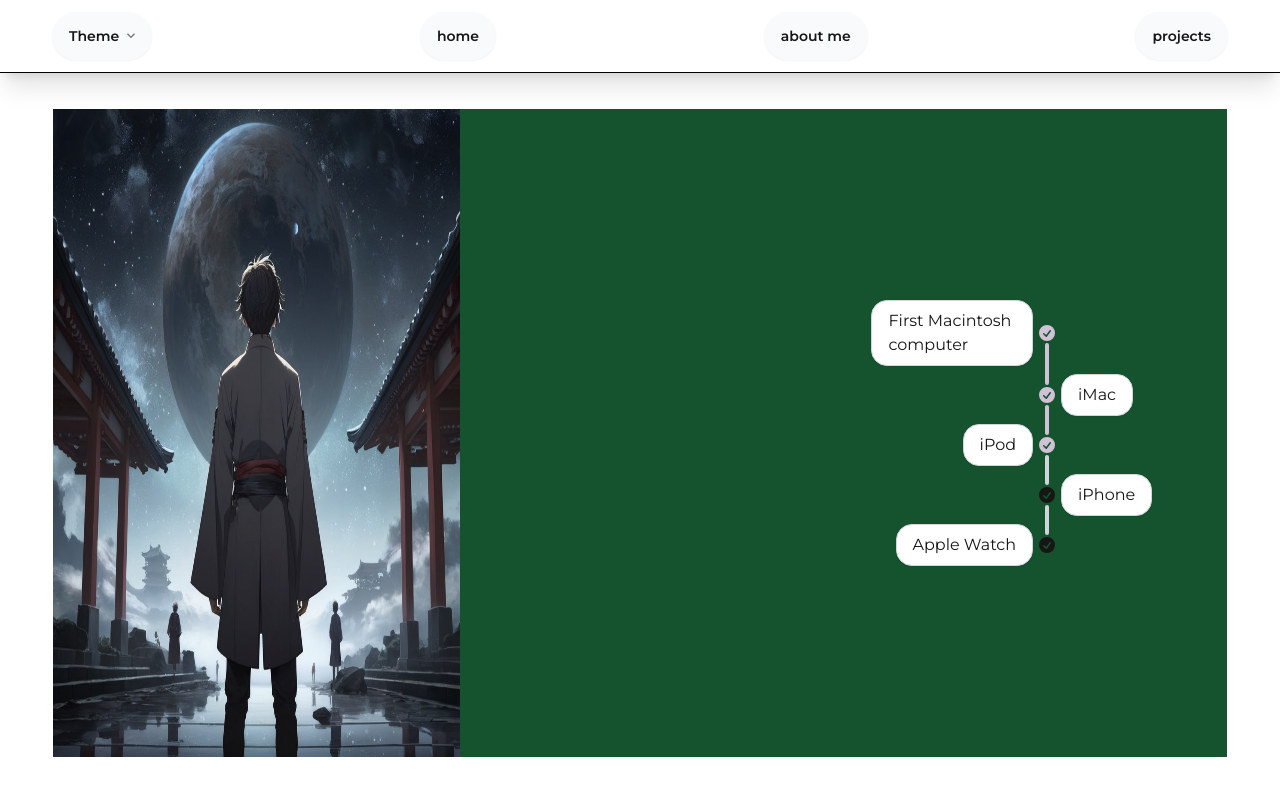
Repository: Yakyaz/myWebsite
Page: /about
The author's editor kept a copy of each file at every save. The page is drawn from the files as they stood at one save, then again after the next save.
The browser window is 1280 px wide. The pictures show the whole page.
The project was rebuilt for these pictures with package versions that can differ from the ones it lists, and the page was loaded fresh each time. The framework's server and built-in components were replaced by stand-ins that run in the browser. Also part of the build but not shown: next.config.js.

Above is the page before, as saved 2023-12-05 21:42:06.

### app/layout.tsx
import type { Metadata } from "next";
import { Montserrat } from "next/font/google";
import "./globals.css";
import Navbar from "../components/navbar";

const montserrat = Montserrat({ subsets: ["latin"] });

export const metadata: Metadata = {
  title: "Create Next App",
  description: "Generated by create next app",
};

export default function RootLayout({
  children,
}: {
  children: React.ReactNode;
}) {
  return (
    <html lang="en" data-theme="pastel" style={{ overflow: "hidden" }}>
      <body className={montserrat.className} style={{ overflow: "hidden" }}>
        <Navbar />
        <div>{children}</div>
      </body>
    </html>
  );
}

### app/about/page.tsx
import Link from "next/link";
import bg from "public/background.png";
import Image from "next/image";
function Home() {
  return (
    <main className="w-screen h-screen flex items-center justify-center ">
      <div
        className="bg-green-900 w-11/12 flex justify-center items-center "
        style={{ height: "90%" }}
      >
        <div className=" h-full w-full">
          <Image
            className="  mb-3 h-full w-1/2  "
            alt="Pb"
            src={bg}
            placeholder="blur"
            quality={100}
            sizes="100%"
          />
        </div>
        <div>
          <ul className="timeline timeline-vertical">
            <li>
              <div className="timeline-start timeline-box">
                First Macintosh computer
              </div>
              <div className="timeline-middle">
                <svg
                  xmlns="http://www.w3.org/2000/svg"
                  viewBox="0 0 20 20"
                  fill="currentColor"
                  className="w-5 h-5 text-primary"
                >
                  <path
                    fillRule="evenodd"
                    d="M10 18a8 8 0 100-16 8 8 0 000 16zm3.857-9.809a.75.75 0 00-1.214-.882l-3.483 4.79-1.88-1.88a.75.75 0 10-1.06 1.061l2.5 2.5a.75.75 0 001.137-.089l4-5.5z"
                    clipRule="evenodd"
                  />
                </svg>
              </div>
              <hr className="bg-primary" />
            </li>
            <li>
              <hr className="bg-primary" />
              <div className="timeline-middle">
                <svg
                  xmlns="http://www.w3.org/2000/svg"
                  viewBox="0 0 20 20"
                  fill="currentColor"
                  className="w-5 h-5 text-primary"
                >
                  <path
                    fillRule="evenodd"
                    d="M10 18a8 8 0 100-16 8 8 0 000 16zm3.857-9.809a.75.75 0 00-1.214-.882l-3.483 4.79-1.88-1.88a.75.75 0 10-1.06 1.061l2.5 2.5a.75.75 0 001.137-.089l4-5.5z"
                    clipRule="evenodd"
                  />
                </svg>
              </div>
              <div className="timeline-end timeline-box">iMac</div>
              <hr className="bg-primary" />
            </li>
            <li>
              <hr className="bg-primary" />
              <div className="timeline-start timeline-box">iPod</div>
              <div className="timeline-middle">
                <svg
                  xmlns="http://www.w3.org/2000/svg"
                  viewBox="0 0 20 20"
                  fill="currentColor"
                  className="w-5 h-5 text-primary"
                >
                  <path
                    fillRule="evenodd"
                    d="M10 18a8 8 0 100-16 8 8 0 000 16zm3.857-9.809a.75.75 0 00-1.214-.882l-3.483 4.79-1.88-1.88a.75.75 0 10-1.06 1.061l2.5 2.5a.75.75 0 001.137-.089l4-5.5z"
                    clipRule="evenodd"
                  />
                </svg>
              </div>
              <hr />
            </li>
            <li>
              <hr />
              <div className="timeline-middle">
                <svg
                  xmlns="http://www.w3.org/2000/svg"
                  viewBox="0 0 20 20"
                  fill="currentColor"
                  className="w-5 h-5"
                >
                  <path
                    fillRule="evenodd"
                    d="M10 18a8 8 0 100-16 8 8 0 000 16zm3.857-9.809a.75.75 0 00-1.214-.882l-3.483 4.79-1.88-1.88a.75.75 0 10-1.06 1.061l2.5 2.5a.75.75 0 001.137-.089l4-5.5z"
                    clipRule="evenodd"
                  />
                </svg>
              </div>
              <div className="timeline-end timeline-box">iPhone</div>
              <hr />
            </li>
            <li>
              <hr />
              <div className="timeline-start timeline-box">Apple Watch</div>
              <div className="timeline-middle">
                <svg
                  xmlns="http://www.w3.org/2000/svg"
                  viewBox="0 0 20 20"
                  fill="currentColor"
                  className="w-5 h-5"
                >
                  <path
                    fillRule="evenodd"
                    d="M10 18a8 8 0 100-16 8 8 0 000 16zm3.857-9.809a.75.75 0 00-1.214-.882l-3.483 4.79-1.88-1.88a.75.75 0 10-1.06 1.061l2.5 2.5a.75.75 0 001.137-.089l4-5.5z"
                    clipRule="evenodd"
                  />
                </svg>
              </div>
            </li>
          </ul>
        </div>
      </div>
    </main>
  );
}

export default Home;

### components/navbar.tsx
import Link from "next/link";
import React from "react";
import Toggle from "./toggle";

const Navbar = () => {
  return (
    <ul className="flex flex-row justify-between items-center p-2 pr-12 pl-12 border-b border-black shadow-xl">
      <li>
        <Toggle />
      </li>
      <li>
        <Link className=" btn m-1" href="/home">
          home
        </Link>
      </li>
      <li>
        <Link className="btn m-1" href="/about">
          about me
        </Link>
      </li>
      <li>
        <Link className="btn m-1" href="/projects">
          projects
        </Link>
      </li>
    </ul>
  );
};

export default Navbar;

### components/toggle.tsx
import React from "react";

const Toggle = () => {
  return (
    <div className="dropdown ">
      <div tabIndex={0} role="button" className="btn m-1">
        Theme
        <svg
          width="12px"
          height="12px"
          className="h-2 w-2 fill-current opacity-60 inline-block"
          xmlns="http://www.w3.org/2000/svg"
          viewBox="0 0 2048 2048"
        >
          <path d="M1799 349l242 241-1017 1017L7 590l242-241 775 775 775-775z"></path>
        </svg>
      </div>
      <ul
        tabIndex={0}
        className="dropdown-content z-[1] p-2 shadow-2xl bg-base-300 rounded-box w-52"
      >
        <li>
          <input
            type="radio"
            name="theme-dropdown"
            className="theme-controller btn btn-sm btn-block btn-ghost justify-start"
            aria-label="Default"
            value="default"
          />
        </li>
        <li>
          <input
            type="radio"
            name="theme-dropdown"
            className="theme-controller btn btn-sm btn-block btn-ghost justify-start"
            aria-label="Retro"
            value="retro"
          />
        </li>
        <li>
          <input
            type="radio"
            name="theme-dropdown"
            className="theme-controller btn btn-sm btn-block btn-ghost justify-start"
            aria-label="Cyberpunk"
            value="cyberpunk"
          />
        </li>
        <li>
          <input
            type="radio"
            name="theme-dropdown"
            className="theme-controller btn btn-sm btn-block btn-ghost justify-start"
            aria-label="Dracula"
            value="dracula"
          />
        </li>
        <li>
          <input
            type="radio"
            name="theme-dropdown"
            className="theme-controller btn btn-sm btn-block btn-ghost justify-start"
            aria-label="Aqua"
            value="aqua"
          />
        </li>
      </ul>
    </div>
  );
};

export default Toggle;

### tailwind.config.ts
import type { Config } from "tailwindcss";

const config: Config = {
  content: [
    "./pages/**/*.{js,ts,jsx,tsx,mdx}",
    "./components/**/*.{js,ts,jsx,tsx,mdx}",
    "./app/**/*.{js,ts,jsx,tsx,mdx}",
  ],
  theme: {
    extend: {
      backgroundImage: {
        "gradient-radial": "radial-gradient(var(--tw-gradient-stops))",
        "gradient-conic":
          "conic-gradient(from 180deg at 50% 50%, var(--tw-gradient-stops))",
      },
    },
  },
  plugins: [require("daisyui")],
  daisyui: {
    themes: ["pastel", "retro", "cyberpunk", "dracula", "aqua"],
  },
};
export default config;

Loaded but not shown: app/globals.css (common file)

After the next save:
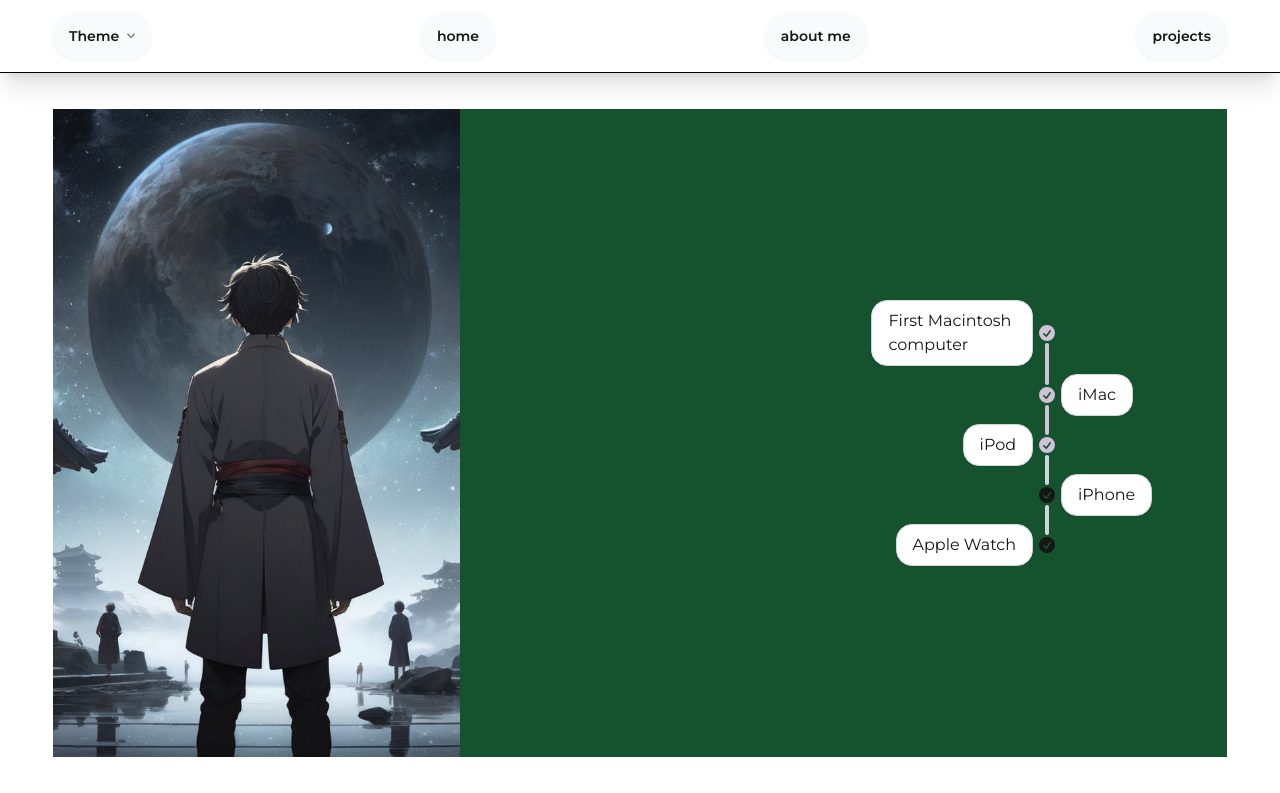
Saved 2 min 31 s later.
--- a/app/about/page.tsx
+++ b/app/about/page.tsx
@@ -10,7 +10,7 @@
       >
         <div className=" h-full w-full">
           <Image
-            className="  mb-3 h-full w-1/2  "
+            className="  mb-3 h-full w-1/2 object-cover "
             alt="Pb"
             src={bg}
             placeholder="blur"
